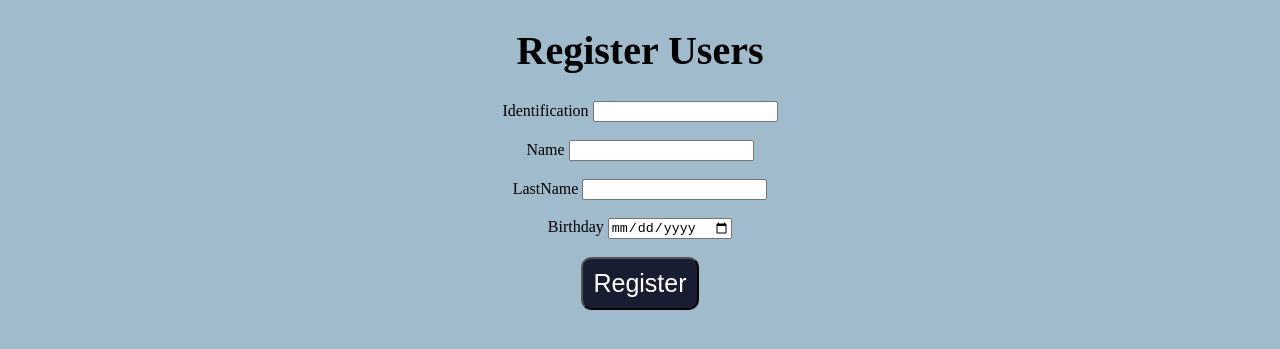
Repository: dimhernandezca/app-arquitectura-enlanube
Page: templates/register.html
The author's editor kept a record of every edit. The page is drawn from the files as they stood at one moment, then again after the next edit.
The browser window is 1280 px wide. The pictures show the whole page.

Above is the page before.

### templates/register.html
<!DOCTYPE html>
<html>
    <head>
        <meta http-equiv="content-type" content="text/html; charset=utf-8" />
        <title>Registrar Usuarios</title>
        <link rel="stylesheet" href="../static/css/styleRegister.css" type="text/css" />
        <script src="../static/js/appRegister.js" type="text/javascript" charset="utf-8"></script>

    </head>
    <body>
        <h1>Register Users</h1>
        <form>
            <label>Identification</label> <input type="number"/> <br> <br>
            <label>Name</label> <input type="text"/> <br> <br>
            <label>LastName</label> <input type="text"> <br> <br>
            <label>Birthday</label> <input type="date"> <br> <br>
            <button onClick = "registerUser()">Register</button>
        </form>

    </body>
</html>

### static/css/styleRegister.css
h1 {
    text-align: center;
    font-size: 40px;
}

body {
    background-color: #9FBBCC;
}
button {
    font-size: 25px;
    background-color: #191D32;
    color: white;
    border-radius: 10px;
    padding: 10px;
    margin-left: 1%;
    margin-right: 1%;
}

form {
    text-align: center;
}

### static/js/appRegister.js
function registerUser(){
    alert("Registro de mascota Exitoso")
}

After the next edit:
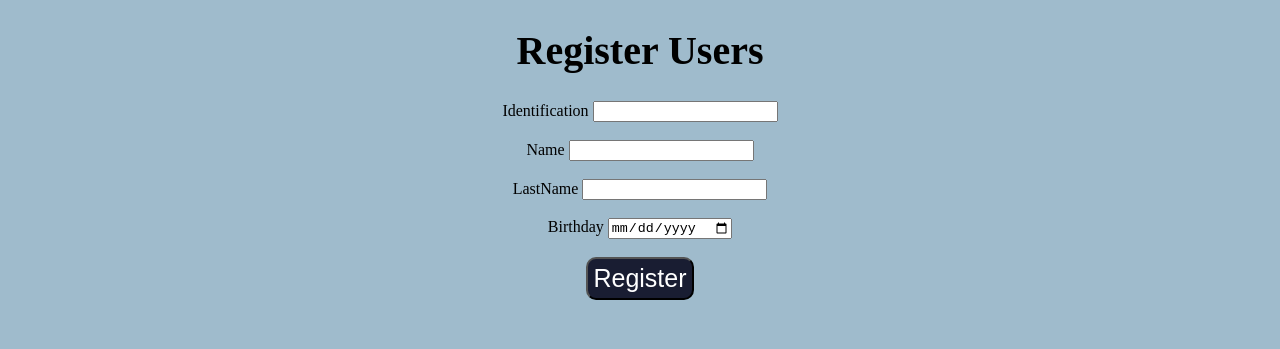
The edit:
--- a/static/css/styleRegister.css
+++ b/static/css/styleRegister.css
@@ -11,7 +11,7 @@
     background-color: #191D32;
     color: white;
     border-radius: 10px;
-    padding: 10px;
+    padding: 5px;
     margin-left: 1%;
     margin-right: 1%;
 }
